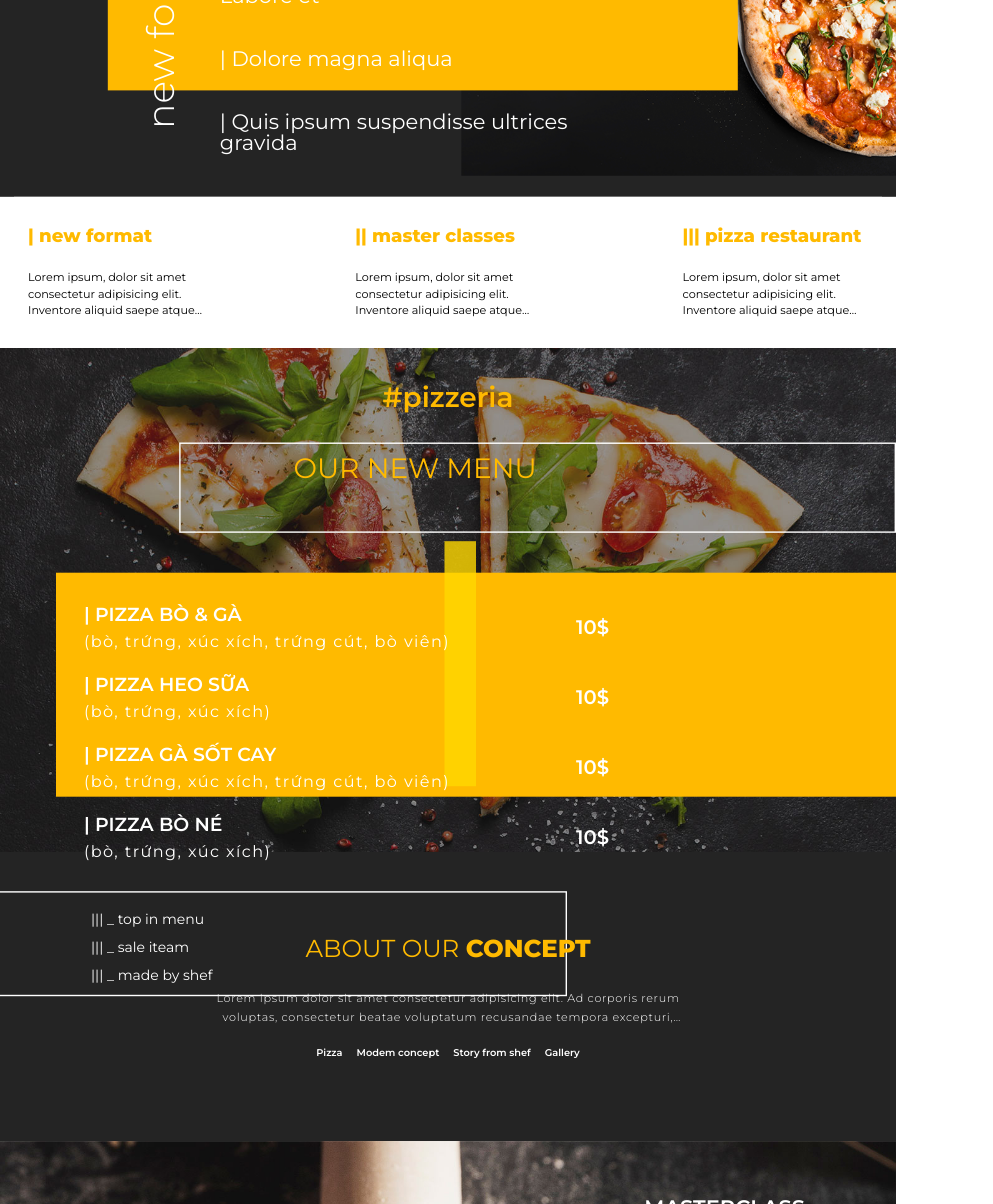
Repository: phu1204/pizzeria.github.io
Page: index.html
These files come from the project's save history. The page is drawn as it stood at one moment and after a run of saves; the edit follows.
The browser window is 1280 px wide. The page is 1419 px wide, so the pictures cover 1419 px, including what lies to the right of the window. The pictures show the part of the page from y = 943 to 2663 px (the page is 4798 px tall), at 70% of full size.
The style sheet was rebuilt from its Sass, Less or Tailwind sources for each picture, by a compiler version that may differ from the author's.

Above is the page before, as saved 2021-07-29 22:01:37.

### index.html
<!DOCTYPE html>
<html lang="en">
  <head>
    <meta charset="UTF-8" />
    <meta http-equiv="X-UA-Compatible" content="IE=edge" />
    <meta name="viewport" content="width=device-width, initial-scale=1.0" />
    <title>#pizzeria</title>
    <link rel = "icon" href =
    "images/pizza.png"
            type = "image/x-icon">
    <link rel="preconnect" href="https://fonts.googleapis.com">
    <link rel="preconnect" href="https://fonts.gstatic.com" crossorigin>
    <link href="https://fonts.googleapis.com/css2?family=Montserrat:wght@300;400;600;800&display=swap" rel="stylesheet">
    <link rel="stylesheet" href="https://cdnjs.cloudflare.com/ajax/libs/font-awesome/5.15.3/css/all.min.css">
    <link rel="stylesheet" href="reset.css">
    <link rel="stylesheet" href="style.css">

  </head>
  <body>
      <div class="wrapper">
        <div class="container">
          <header id="header" class="header">
             <a href="#" class="header-logo">#pizzeria.</a>
             <nav class="header-menu">
               <ul class="header-list">
                 <li class="header-item"><a href="#menu" class="header-link">Menu</a></li>
                 <li class="header-item"><a href="#blog" class="header-link">Blog</a></li>
                 <li class="header-item"><a href="#about" class="header-link">About us</a></li>
                 <li class="header-item"><a href="#contact" class="header-link">Contacts</a></li>

               </ul>
               <i class="fas fa-times header-times"></i>
             </nav>
             <div class="header-info">
                <button href="" class="header-icon icon-search"><i class="fas fa-search"></i></button>
                <a href="" class="header-icon"><i class="fas fa-user"></i></a>
                <a href="" class="header-icon"><i class="fas fa-shopping-cart"></i></a>
             </div>
             <div class="header-bar">
                <i class="fas fa-bars"></i>
             </div>

             <div class="header-search">
                <input type="text" class="header-input" placeholder="Search">
             </div>
          </header>

          <section class="intro">
            <div class="intro-content">
              <div class="intro-title">
                <span class="intro-name intro--grand">grand</span>
                <span class="intro-name intro--opening">opening</span>
              </div>
              <a href="" class="button intro-button">read more</a>
            </div>
          </section>
        </div>

          <section  class="format">

            <div class="format-top">
                <div class="format-content">
                    <div class="format-title">new format</div>
                    <div class="format-info">
                      <h2 class="format-new">What new?</h2>
                      <ul class="format-list">
                        <li class="format-item">| Sed do eiusmod tempor incididunt ut Labore et</li>
                        <li class="format-item">| Dolore magna aliqua</li>
                        <li class="format-item">| Quis ipsum suspendisse ultrices gravida</li>
                      </ul>
                    </div>
                </div>
                <img src="images/format.png" alt="" class="format-img">
            </div>

            <div class="format-bottom  reveal">
              <div class="format-column">
                <h3 class="format-head">| new format</h3>
                <p class="fotmat-desc text">Lorem ipsum, dolor sit amet consectetur adipisicing elit. Inventore aliquid saepe atque quaerat ipsam tempore, quae perferendis laudantium esse architecto quas sint quia beatae id alias, sed dicta reprehenderit asperiores.</p>
              </div>
              <div class="format-column">
                <h3 class="format-head">|| master classes</h3>
                <p class="fotmat-desc text">Lorem ipsum, dolor sit amet consectetur adipisicing elit. Inventore aliquid saepe atque quaerat ipsam tempore, quae perferendis laudantium esse architecto quas sint quia beatae id alias, sed dicta reprehenderit asperiores.</p>
              </div>
              <div class="format-column">
                <h3 class="format-head">||| pizza restaurant</h3>
                <p class="fotmat-desc text">Lorem ipsum, dolor sit amet consectetur adipisicing elit. Inventore aliquid saepe atque quaerat ipsam tempore, quae perferendis laudantium esse architecto quas sint quia beatae id alias, sed dicta reprehenderit asperiores.</p>
              </div>
            </div>

          </section>

          <section id="menu" class="menu">
            <div class="menu-heading">
              <h2 class="menu-title  reveal">#pizzeria</h2>
              <p class="menu-order  reveal">our new menu</p>
            </div>
            <div class="menu-list  reveal">
              <div class="menu-item">
                <div class="menu-name">
                    <h3 class="menu-name-order"> | pizza bò & gà</h3>
                    <p class="menu-desc">(bò, trứng, xúc xích, trứng cút, bò viên)</p>
                </div>
                <p class="menu-price">10$</p>
              </div>
              <div class="menu-item">
                <div class="menu-name">
                    <h3 class="menu-name-order">| pizza heo sữa</h3>
                    <p class="menu-desc">(bò, trứng, xúc xích)</p>
                </div>
                <p class="menu-price">10$</p>
              </div>
              <div class="menu-item">
                <div class="menu-name">
                    <h3 class="menu-name-order">| pizza gà sốt cay</h3>
                    <p class="menu-desc">(bò, trứng, xúc xích, trứng cút, bò viên)</p>
                </div>
                <p class="menu-price">10$</p>
              </div>
              <div class="menu-item">
               <div class="menu-name">
                    <h3 class="menu-name-order">| pizza bò né</h3>
                    <p class="menu-desc">(bò, trứng, xúc xích)</p>
                </div>
                <p class="menu-price">10$</p>
              </div>
           </div>
           <div class="menu-bottom reveal">
             <p class="menu-hightlight">||| _ top in menu</p>
             <p class="menu-hightlight">||| _ sale iteam</p>
             <p class="menu-hightlight">||| _ made by shef</p>
           </div>

          </section>

          <section id="about"  class="about">
              <div class="about-body">
                <h2 class="about-title reveal">about our <span>concept</span></h2>
                <p class="about-desc text reveal">Lorem ipsum dolor sit amet consectetur adipisicing elit. Ad corporis rerum voluptas, consectetur beatae voluptatum recusandae tempora excepturi, temporibus quo veritatis ratione atque accusantium ea delectus eos harum culpa enim!</p>
                <ul class="about-list reveal">
                  <li class="about-item"><a href="">Pizza</a></li>
                  <li class="about-item"><a href="">Modem concept</a></li>
                  <li class="about-item"><a href="">Story from shef</a></li>
                  <li class="about-item"><a href="">Gallery</a></li>
                </ul>
              </div>
          </section>

          <section id="blog" class="class">
            <div class="class-content">
              <div class="class-name">
                <h1 class="class-caption reveal">masterclass</h1>
              </div>
              <div class="class-body reveal">
                <h2 class="class-heading">| the recipe for the most delicious pizza dough |</h2>
                <p class="class-desc">waiting for you</p>
                <div class="class-price">
                  <p class="class-info">price_<span>15$</span></p>
                  <p class="class-info">12:00-15:00</p>
                </div>
              </div>
                <a href="" class="class-button reveal">apply</a>
            </div>
          </section>

          <section id="contact" class="gallery ">
            <h2 class="gallery-heading reveal">gallery</h2>
            <div class="gallery-img ">
              <img src="./images/pizzaleft.jpg" alt="" class="gallery-img-item reveal">
              <img src="./images/pizzacenter.jpg" alt="" class="gallery-img-item reveal">
              <img src="./images/pizzaright.jpg" alt="" class="gallery-img-item reveal">
            </div>

            <div class="gallery-bottom">
              <h2 class="gallery-title">#pizzeria.</h2>
              <div class="gallery-content">
                <div class="gallery-desc reveal">Lorem ipsum dolor sit amet consectetur, adipisicing. Dolores dolorum, quia consectetur iste officia eligendi! consectetur nemo, reiciendis repudiandae nesciunt dolor id numquam laborum temporibus fuga</div>

              <div class="gallery-contact">
                <div class="gallery-social reveal">
                  <p class="gallery-block">| find us here</p>
                  <div class="gallery-link">
                    <i class="fab fa-instagram"></i>

                    <i class="fab fa-facebook"></i>

                    <i class="fab fa-twitter"></i>

                    <i class="fab fa-whatsapp"></i>

                    <i class="fab fa-google"></i>
                  </div>

                </div>

                <div class="gallery-info reveal">
                  <p class="gallery-block">| ask us here</p>
                  <a href="" class="gallery-web">www.#pizzeria.com</a>

                </div>
              </div>
            </div>
          </div>
          </section>

          <a href="#" class="ontop" >
            <i class="fas fa-arrow-up"></i>
          </a>

          <footer id="footer" class="footer ">
            <div class="footer-about footer-repon reveal">
              <h3 class="footer-title">about</h3>
              <p class="footer-desc text">
                Lorem ipsum dolor, sit amet consectetur adipisicing elit. Amet magnam laudantium fuga sed aliquid doloremque quos repellendus quis. Est non laboriosam incidunt recusandae, sed natus dignissimos eaque pariatur culpa esse.
              </p>

            </div>

              <div class="footer-item footer-repon reveal">
                <h3 class="footer-title">menu</h3>

                <ul>
                  <li class="footer-link"><a href="" class="footer-item-link">Team</a></li>
                  <li class="footer-link"><a href="" class="footer-item-link">Join us</a></li>
                  <li class="footer-link"><a href="" class="footer-item-link">Ethic</a></li>
                  <li class="footer-link"><a href="" class="footer-item-link">Goals</a></li>
                </ul>
              </div>

              <div class="footer-item footer-repon reveal">
                <h3 class="footer-title">shef</h3>
                <ul>
                  <li class="footer-link"><a href="" class="footer-item-link">Team</a></li>
                  <li class="footer-link"><a href="" class="footer-item-link">Join us</a></li>
                  <li class="footer-link"><a href="" class="footer-item-link">Ethic</a></li>
                  <li class="footer-link"><a href="" class="footer-item-link">Goals</a></li>
                </ul>
              </div>

              <div class="footer-item footer-repon reveal">
                <h3 class="footer-title">contact</h3>
                <ul>
                  <li class="footer-link"><a href="" class="footer-item-link">Team</a></li>
                  <li class="footer-link"><a href="" class="footer-item-link">Join us</a></li>
                  <li class="footer-link"><a href="" class="footer-item-link">Ethic</a></li>
                  <li class="footer-link"><a href="" class="footer-item-link">Goals</a></li>
                </ul>
              </div>
        </footer>

      </div>
    <script type="text/javascript" src="https://cdnjs.cloudflare.com/ajax/libs/jquery/3.6.0/jquery.min.js"></script>
    <script src="js/main.js"></script>
    <script src="js/search.js"></script>

  </body>
</html>

### reset.css
html,
body,
div,
span,
applet,
object,
iframe,
h1,
h2,
h3,
h4,
h5,
h6,
p,
blockquote,
pre,
a,
abbr,
acronym,
address,
big,
cite,
code,
del,
dfn,
em,
img,
ins,
kbd,
q,
s,
samp,
small,
strike,
strong,
sub,
sup,
tt,
var,
b,
u,
i,
center,
dl,
dt,
dd,
ol,
ul,
li,
fieldset,
form,
label,
legend,
table,
caption,
tbody,
tfoot,
thead,
tr,
th,
td,
article,
aside,
canvas,
details,
embed,
figure,
figcaption,
footer,
header,
hgroup,
menu,
nav,
output,
ruby,
section,
summary,
time,
mark,
audio,
video {
  margin: 0;
  padding: 0;
  border: 0;
  font-size: 100%;
  font: inherit;
  vertical-align: baseline;
}
/* HTML5 display-role reset for older browsers */
article,
aside,
details,
figcaption,
figure,
footer,
header,
hgroup,
menu,
nav,
section {
  display: block;
}
body {
  line-height: 1;
}
ol,
ul {
  list-style: none;
}
blockquote,
q {
  quotes: none;
}
blockquote:before,
blockquote:after,
q:before,
q:after {
  content: "";
  content: none;
}
table {
  border-collapse: collapse;
  border-spacing: 0;
}
*,
*:before,
*:after {
  box-sizing: border-box;
}
/* using rem unit */
html {
  font-size: 62.5%;
}
a {
  text-decoration: none;
  color: white;
}
img {
  display: block;
  max-width: 100%;
}
body {
  font-family: "Montserrat", sans-serif;
  font-size: 16px;
  line-height: 1;
}
input,
button,
textarea,
select {
  outline: none;
  font-family: "Montserrat", sans-serif;
  font-size: 16px;
  line-height: 1;
}
input {
  line-height: normal;
}
button {
  cursor: pointer;
  border: none;
  outline: none;
  background-color: transparent;
}

### style.scss
@import"scss/global";
@import"scss/header";
@import"scss/variables";
@import"scss/intro";
@import"scss/format";
@import"scss/menu";
@import"scss/about";
@import"scss/class";
@import"scss/gallery";
@import"scss/footer";
@import"scss/animation";

### scss/_global.scss
.container{
  background: url(./images/hero-img.jpg) no-repeat center/cover;
  width: 100%;
  margin: 0 auto;
  height: 100vh;
  position: relative;
}

html{
  scroll-behavior: smooth;
  -webkit-overflow-scrolling: touch;
}

.wrapper{
  max-width: 100%;
  position: relative;

}

.button{
  padding: 20px 40px;
  border: 4px solid #fff;
  font-size: 30px;
  text-transform: uppercase;
  color: white;
  font-weight: 600;
}

.text{
  font-weight: 300;
  font-size: 16px;
  margin-top: 35px;
  line-height: 1.5;
  color: black;
  font-weight: 400;
  display:-webkit-box;
  -webkit-line-clamp:3;
  -webkit-box-orient: vertical;
  overflow: hidden;
  text-overflow: ellipsis;
  word-break: break-word;
}

@media screen and (max-width: 1279px) {
  .container {

      background-position: top;
      height: 960px;
  }
}

@media screen and (max-width: 1023px) {
  .container {
    background-position: top;
    height: 960px;
}
}

@media screen and (max-width: 767px) {
  .container {
    background-size: auto 800px;
    background-position: center;
    height: 800px;
    background-color: #242424;
}
}


.reveal{
  opacity: 0;
  transform: translateY(100%);
  transition: all 0.4s linear;
}

.reveal.active{
  opacity: 1;
  transform: translateY(0);
  transition: all 0.3s linear;
  // .gallery-title::before{
  //     display: none;
  // }
}

.ontop{
  position: fixed;
  right: 60px;
  z-index: 99;
  bottom: 80px;
  width: fit-content;
  background-color: #ffba00;
  border-radius: 100rem;
  cursor: pointer;
  i{
     padding: 18px;
     font-size: 15px;
     color: white;
  }
  display: none;
  animation: bottotop 0.4s linear;
}

@media screen and (max-width: 1023px) {
  .ontop{
    right: 30px;
  }
}

### scss/_variables.scss
$black-gray: #242424;

### scss/_menu.scss
.menu{
  background: url(./images/menu.jpg) no-repeat center/cover;
  width: 100%;
  height: 100vh;
  position: relative;
  display: flex;
  flex-direction: column;
  align-items: center;
  padding: 50px 0;
  color: white;
  &-heading{
      width: 100%;
      text-align: center;
  }
  &-title{
      font-size: 40px;
      color: #ffba00;
      margin-bottom: 45px;
      font-weight: 600;
  }

  &-order{
    font-size: 40px;
    color: #ffba00;
    width: 80%;
    text-align: center;
    padding: 15px 350px 70px 0;
    margin-left: auto;
    border: 2px solid white;
    text-transform: uppercase;
    margin-bottom: 12px;
  }

  &-list {
      width: 1200px;
      margin-left: auto;
      padding: 60px 50px 0 40px;
      margin-bottom: 50px;
      position: relative;
      z-index: 2;
      max-width: 100%;
  }

  &-list::before{
    content: "";
    position: absolute;
    width: 100%;
    height: 320px;
    background-color: #ffba00;
    z-index: -2;
    // transform: translate(-50%,-50%);
    top: 45px;
    left: 0;
    }

    &-list::after{
        content: "";
        position: absolute;
        width: 45px;
        height: 350px;
        background-color: rgba(255, 217, 0, 0.801);

        top: 0;
        right:  50%;
        z-index: -1;
    }

  &-item{
      display: flex;
      align-items: center;
      justify-content: space-between;
      line-height: 1.5;
      width: 750px;
      max-width: 100%;
  }

  &-desc{
      font-size: 23px;
      letter-spacing: 2px;
  }

  &-name-order{
      text-transform: uppercase;
      font-size: 27px;
      font-weight: 600;
  }

  &-item{
        margin-top: 25px;
  }

  &-price{
      font-size: 28px;
      font-weight: 600;
  }

  &-bottom{
    width: 1100px;
    margin-left: auto;
    padding-top: 20px;

    margin-bottom: 70px;
    position: relative;
    right: 50px;
  }

  &-bottom::before{
    content: "";
    position: absolute;
    background-color: transparent;
    width: 1000px;
    height: 150px;
    border: 2px solid white;
    transform: translate(-32%,-20%);
  }

  &-hightlight{
      font-size: 20px;
  }

  &-hightlight:not(:first-child){
    margin-top: 20px;
}

  @media screen and (max-width: 1279px) {
    height: 80vh;
    &-bottom{
      padding-left: 50px;
      margin-right: auto;
      right: 0;
    }

    &-title{
      margin-bottom: 50px;
    }
    &-order{
      margin-bottom: 40px;
    }

    &-list{
      margin-bottom: 120px;
    }
  }

  @media screen and (max-width: 1023px) {
      height: 85vh;
      &-title{
        margin-bottom: 50px;
      }
      &-order{
        margin-bottom: 0;
        padding: 15px 195px 50px 0;
        font-size: 35px;
      }

      &-name-order{
        font-size: 22px;
      }
      &-list{
        margin-bottom: 70px;
        padding-top: 65px;
      }
      &-list::before{
        height: 280px;
      }
      &-item{
        width: 650px;
        margin-top: 20px;
      }
      &-desc{
        font-size: 18px;
      }
      &-bottom::before{
        width: 750px;
      }

  }

  @media screen and (max-width: 767px) {
    height: 100vh;
    &-heading{
      padding: 0 5px;
    }
    &-order{
      padding: 5px 5px;
      width: 100%;
      font-size: 30px;
    }
    &-desc{
      display: none;
    }
    &-list{
        padding: 50px 25px 0 10px;
        max-width: 100%;
    }
    &-list::after{
      height: 310px;
      top: 10%;
      right: 3%;
    }
    &-bottom{
      max-width: 100%;
    }
    &-bottom::before{
      max-width: 100%;
      transform: none;
      left: 0;
      top: 0;
    }
  }




}

### scss/_about.scss
.about{
    padding: 120px 20px;
    display: flex;
    flex-direction: column;
    justify-content: center;
    align-items: center;
    text-align: center;
    background-color: #242424;
    max-width: 100%;
    &-body{
        width: 700px;
    }
    &-title{
        margin-bottom: 40px;
        font-size: 35px;
        text-transform: uppercase;
        color: #ffba00;
        span{
            font-weight: 800;

        }
    }

    &-desc{
        margin-bottom: 30px;
        font-weight: 200;
        line-height: 1.7;
        display:-webkit-box;
        -webkit-line-clamp:2;
        -webkit-box-orient: vertical;
        overflow: hidden;
        text-overflow: ellipsis;
        word-break: break-word;
        color: white;
        letter-spacing: 1px;
    }

    &-list{
        display: flex;
        align-items: center;
        justify-content: center;
    }

    &-item{
        margin: 0 10px;
        font-size: 14px;
        font-weight: 600;
    }
    @media screen and (max-width: 767px) {
        padding: 100px 20px;
        &-body{
            max-width: 100%;
        }
        &-item{
            font-size: 10px;
        }

    }

}

### scss/_footer.scss
.footer {
  padding: 70px 100px;
  color: white;
  display: flex;
  align-items: center;
  justify-content: center;
  background-color: #483500;
  max-width: 100%;
  flex-wrap: wrap;

  &-about{
      width: 280px;
      margin-right: 180px;
  }

  &-item:not(:last-child){
      margin-right: 150px;
  }
  &-item{
      line-height: 1.5;
  }

  &-desc{
      color: white;
      line-height: 1.5;
  }

  &-title{
      margin-bottom: 35px;
      font-size: 17px;
      font-weight: 600;
      text-transform: uppercase;
  }
  @media screen and (max-width: 767px) {
      padding: 0 0 0 10px;
    //   gap: 10px;
    &-title {
        margin-bottom: 10px;
    }
    &-repon{
        flex: 1 1 50%;
        width: 100%;
        padding: 10px;
    }
    &-about{
        margin-right: 0;
    }
    &-item:not(:last-child){
        margin-right: 0;
    }
  }

}

### scss/_animation.scss
@keyframes lefttoright{
    from{
        opacity: 0;
        transform: translateX(-100%);
    }
    to{
        opacity: 1;
        transform: translateX(0);
     }
}

@keyframes righttoleft{
    from{
        opacity: 0;
        transform: translateX(100%);
    }
    to{
        opacity: 1;
        transform: translateX(0);
     }
}

@keyframes bottotop{
    from{
        opacity: 0;
        transform: translateY(100%);
    }
    to{
        opacity: 1;
        transform: translateX(0);
     }
}

@keyframes toptobot{
    from{
        opacity: 0;
        transform: translateY(-200%);
    }
    to{
        opacity: 1;
        transform: translateX(0);
     }
}

@keyframes fadeOut{
    from{
        opacity: 0;
        transform: scale(1);
    }
    to{
        opacity: 1;
        transform: scale(0);
     }
}

Loaded but not shown: js/main.js (59 lines, source omitted); js/search.js (6 lines, source omitted); scss/_header.scss (236 lines, source omitted); scss/_format.scss (210 lines, source omitted); scss/_gallery.scss (165 lines, source omitted); scss/_intro.scss (107 lines, source omitted); scss/_class.scss (102 lines, source omitted)

After the next 5 saves:
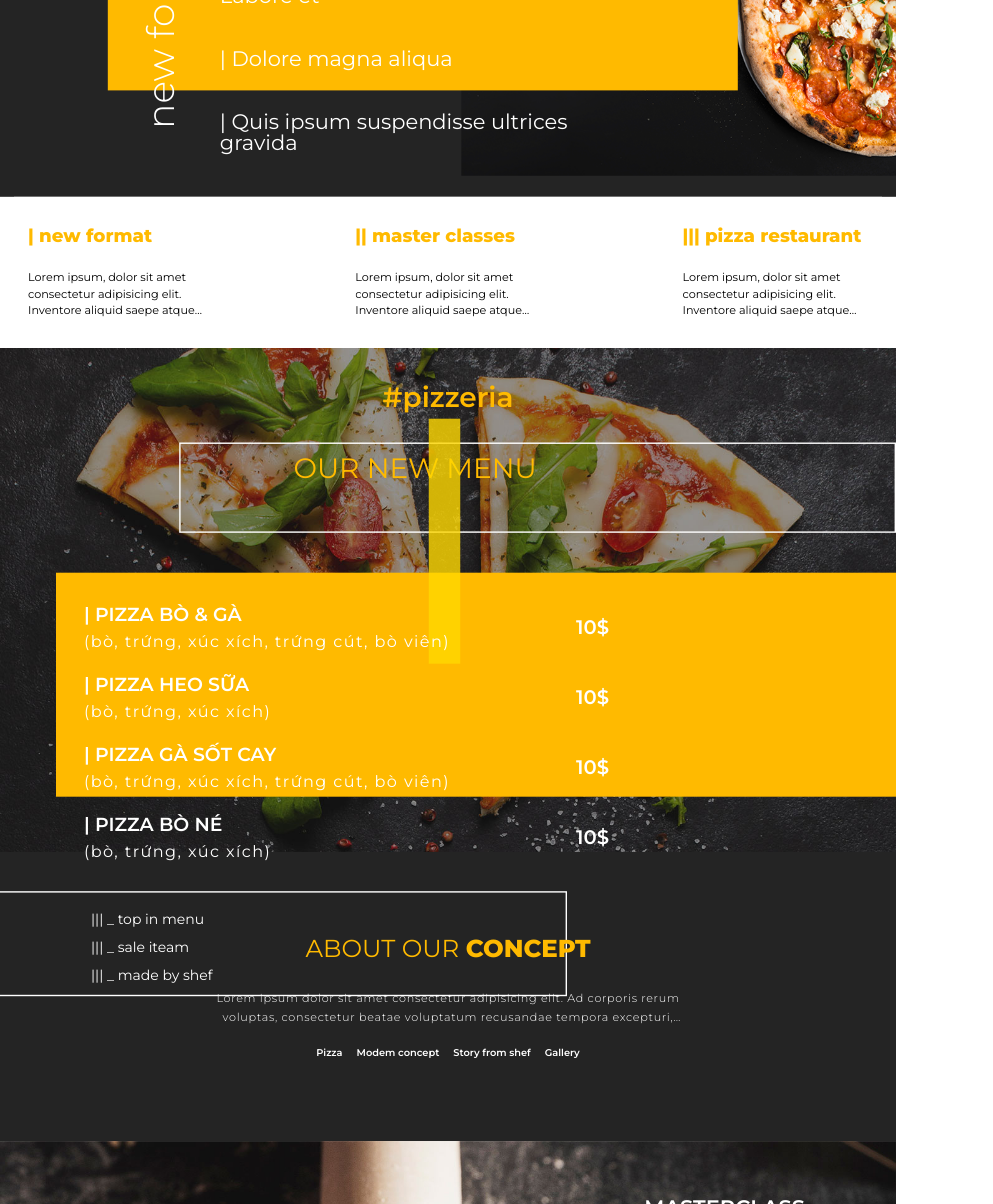
The 5 saves are shown as one change because they came seconds apart.
The last was saved 48 s later.
--- a/scss/_menu.scss
+++ b/scss/_menu.scss
@@ -62,6 +62,7 @@
 
         top: 0;
         right:  50%;
+        transform: translate(-50%,-50%);
         z-index: -1;
     }
 
